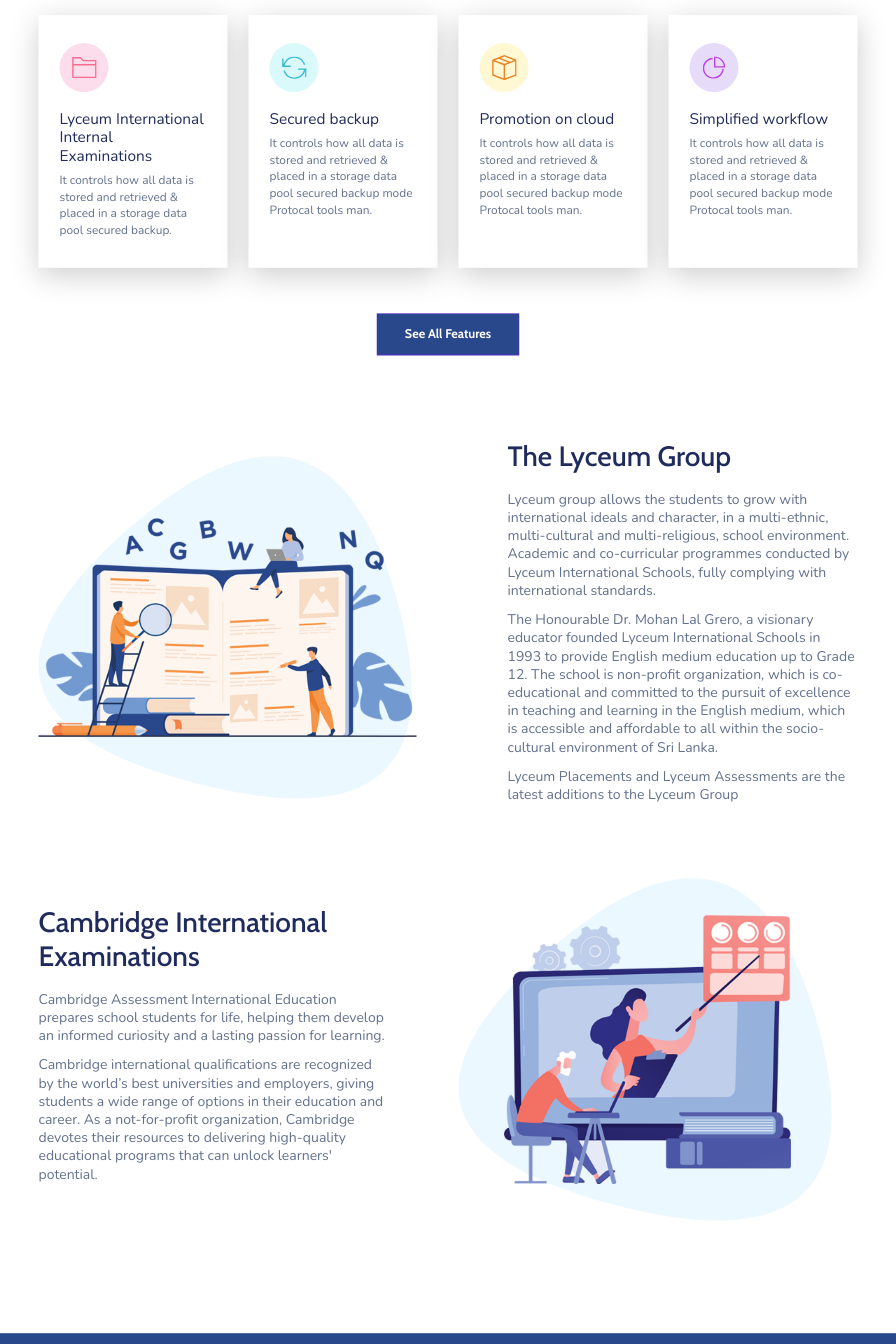
Repository: AXUSLK/LyceumAssessments-HTML
Page: index.html
An editor plug-in stored every save of this project. The page is shown before and after the next save, followed by the edit.
The browser window is 1280 px wide. The pictures show the part of the page from y = 1631 to 3551 px (the page is 5815 px tall before and 5911 px after), at 70% of full size.
Some web libraries are served in a nearby version.

Above is the page before, as saved 2022-02-01 10:22:17.

After the next save:
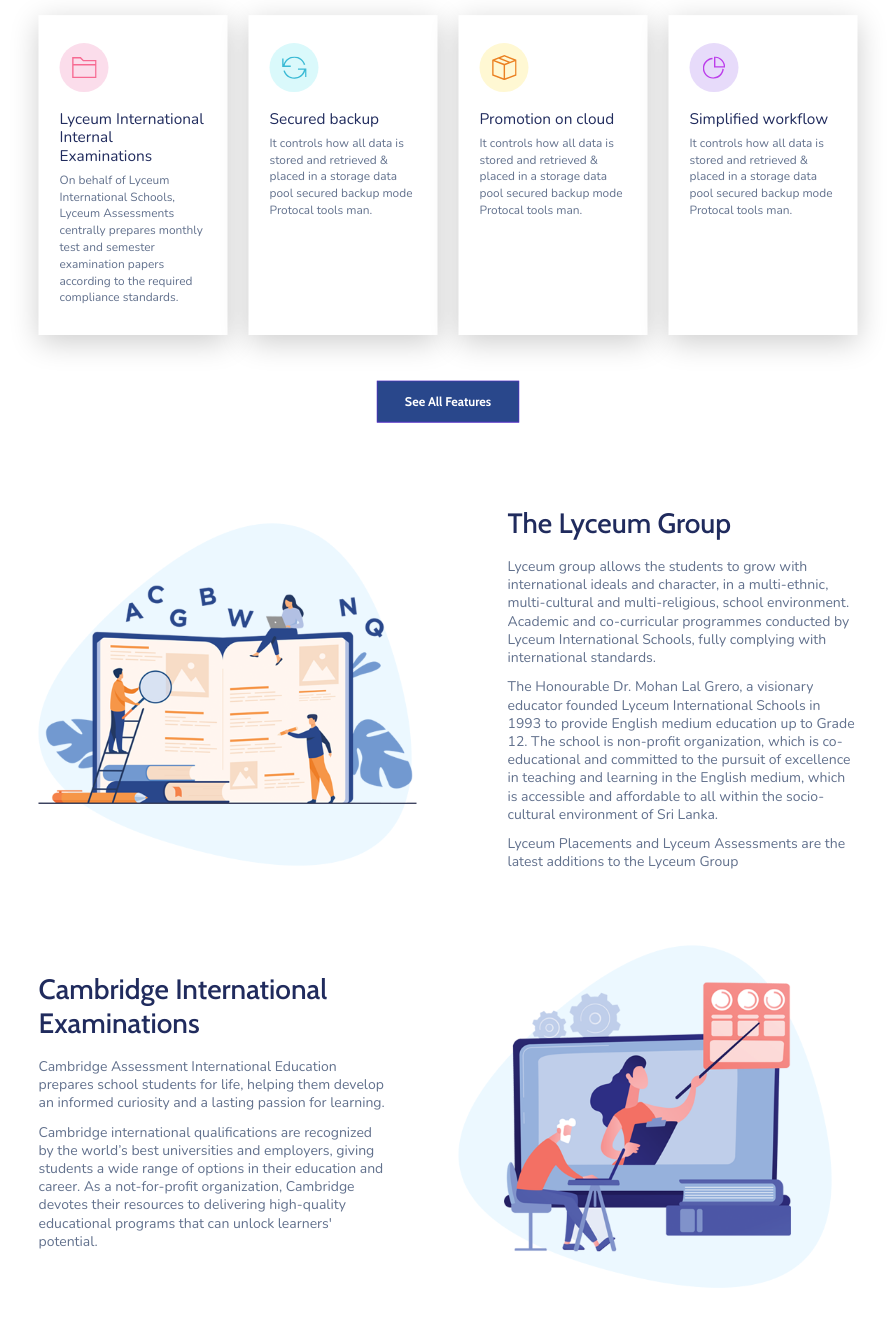
Saved 7 s later.
--- a/index.html
+++ b/index.html
@@ -247,8 +247,9 @@
 									<h3 class="h6 fontBase font-weight-normal mb-2">
 										<a href="javascript:void(0);">Lyceum International Internal Examinations</a>
 									</h3>
-									<p>It controls how all data is stored and retrieved & placed in a storage data pool
-										secured backup.</p>
+									<p>On behalf of Lyceum International Schools, Lyceum Assessments centrally prepares
+										monthly test and semester examination papers according to the required
+										compliance standards.</p>
 								</article>
 							</div>
 							<div class="col-12 col-sm-6 col-lg-3 d-flex wow flipInX" data-wow-delay="0.5s">
